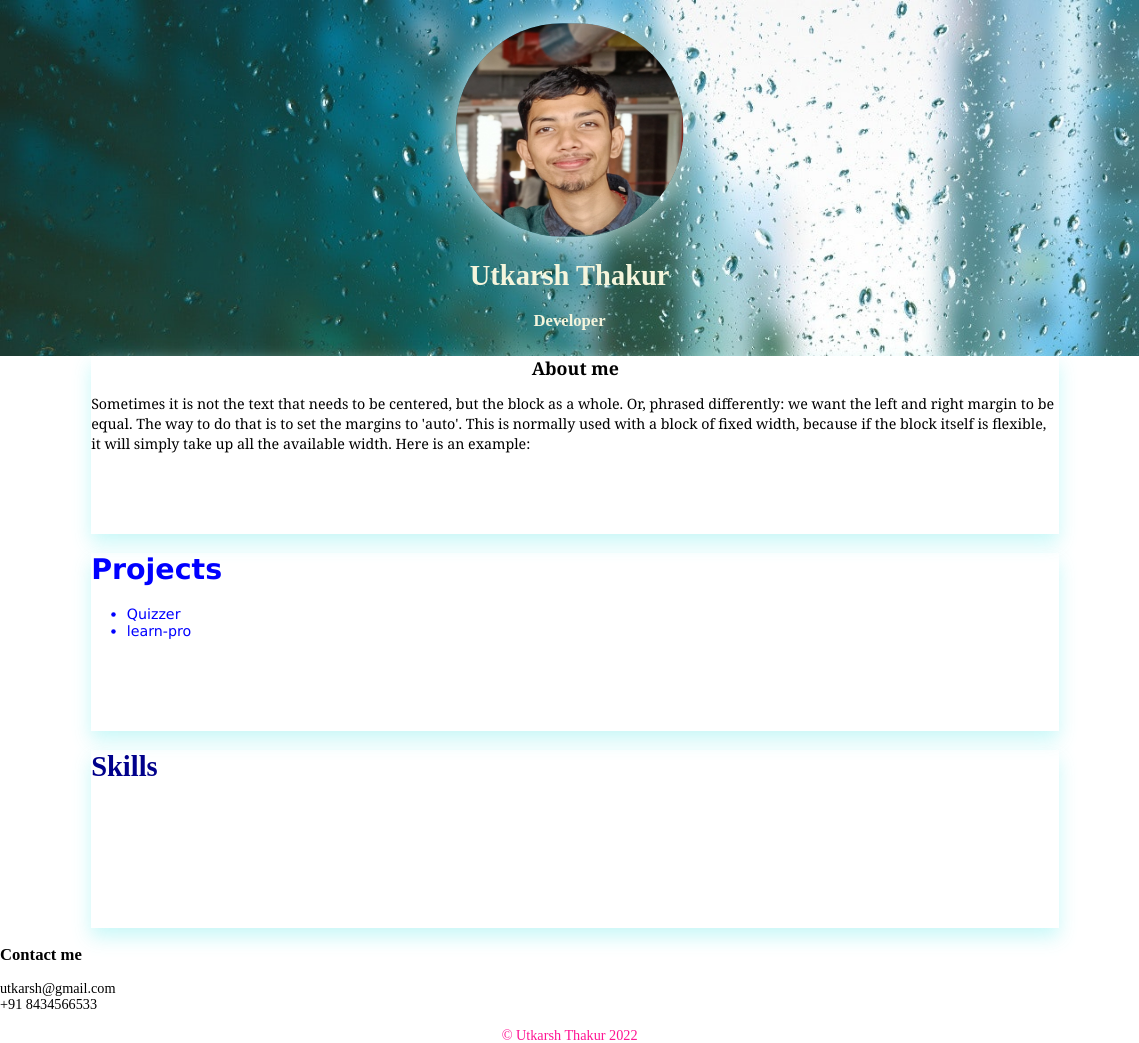
Repository: UtkarshThakur321/Utkarsh-Thakur-Profile
Page: index.html
The author's editor kept a copy of each file at every save. The page is drawn from the files as they stood at one save, then again after the next save.
The browser window is 1280 px wide. The pictures show the whole page, at 89% of full size.

Above is the page before, as saved 2022-01-22 23:44:23.
Not found: main.js

After the next save:
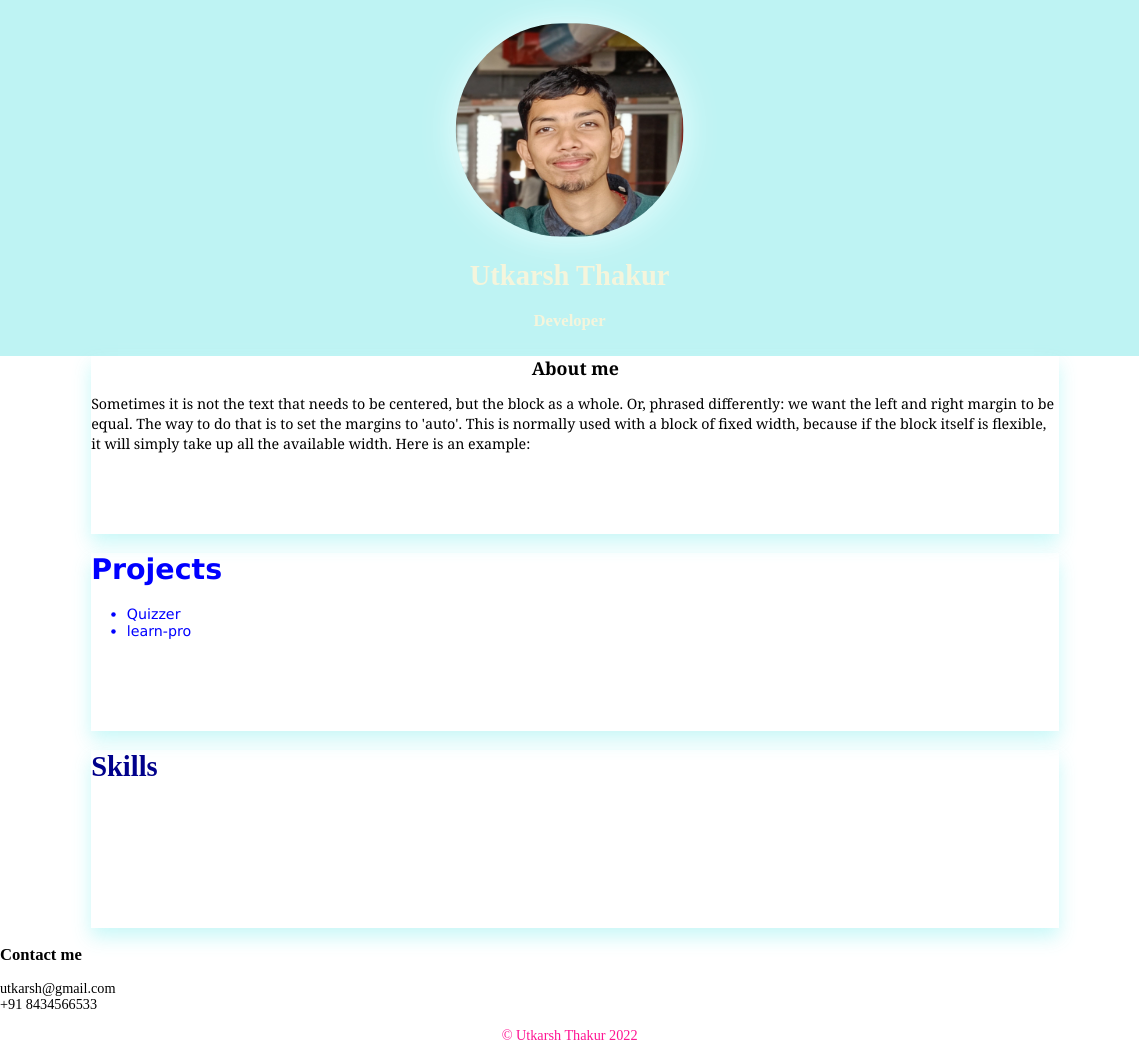
Saved 81 s later.
--- a/index.css
+++ b/index.css
@@ -7,7 +7,8 @@ body{
 
 
 #intro{
-    background-image:url("./bg.jpg");
+    /* background-image:url("./bg.jpg"); */
+    background-color: rgb(190, 243, 243);
     height: 400px;
 }
 
